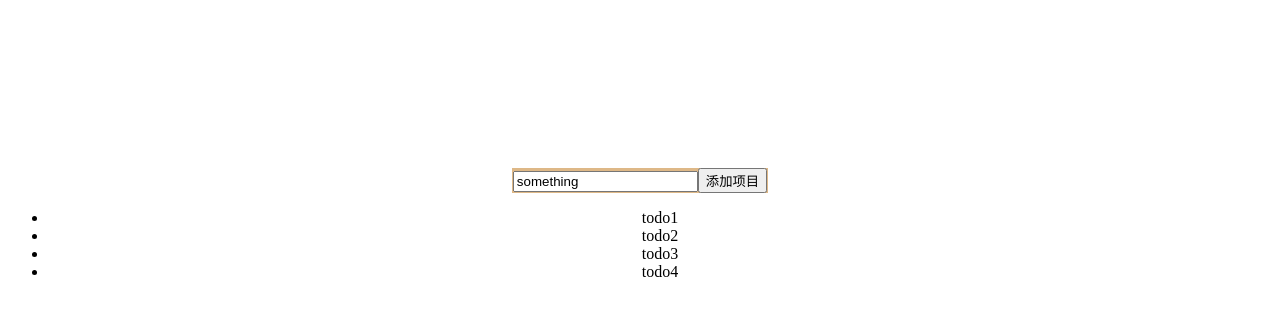
Repository: ArtemisWang/todolistProject
Page: /
An editor plug-in stored every save of this project. The page is shown before and after the next save, followed by the edit.
The browser window is 1280 px wide. The pictures show the whole page.
The project was rebuilt for these pictures with package versions that can differ from the ones it lists, and the page was loaded fresh each time.

Above is the page before, as saved 2020-02-28 21:38:20.

### src/App.js
import React,{useState} from 'react';
import './App.css'
const App=function(){

    const [list, setList]=useState(['todo1','todo2','todo3','todo4'])
    const [content, setContent]=useState('something')

    function addItem(){
        setList([...list,content])
        setContent('')
    }

    function changeContent(e){
        setContent(e.target.value)
        return content
    }

    function deleteItem(i){
        setList(list.filter((x,index)=>index!==i))
    }

    return (
    <div className='app'>
        <div className='input'>
            <input onChange={changeContent} value={content} className='input-text'/>
            <button onClick={addItem}>添加项目</button>
        </div>
        <div className='u-list'>
            <ul>
                {list.map((it,i)=>(<li key={it+i} onClick={deleteItem.bind(this,i)}>{it}</li>))}
            </ul>
        </div>
    </div>)
}




export default App

### src/App.css
.app{
    text-align: center;
    padding-top: 10rem;
}

.input{
    display: block;
    background-color: burlywood;
    width: 16rem;
    margin-left:auto;
    margin-right:auto;
}

Loaded but not shown: public/index.html (common file); src/index.js (common file)

After the next save:
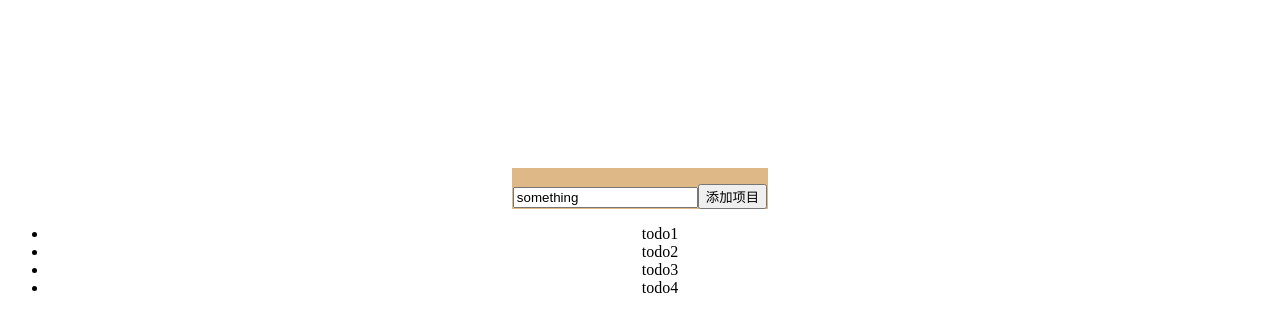
Saved 22 s later.
--- a/src/App.css
+++ b/src/App.css
@@ -9,4 +9,5 @@
     width: 16rem;
     margin-left:auto;
     margin-right:auto;
+    padding-top: 1rem;
 }
